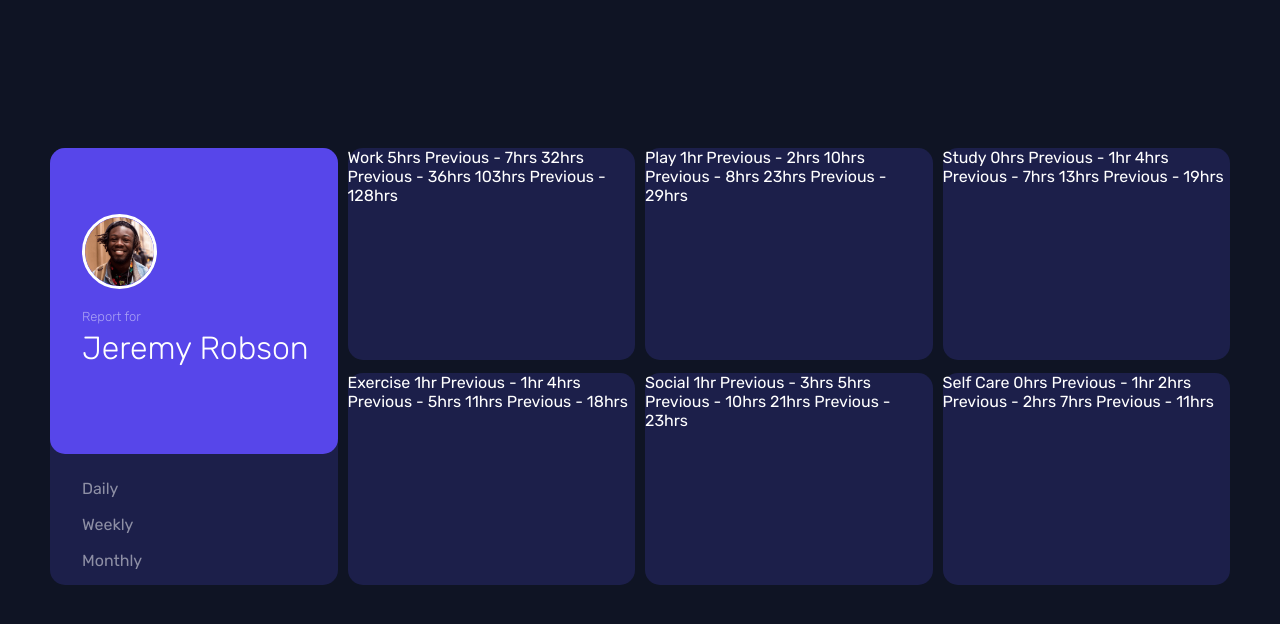
Repository: 3mr-5aled/time-tracking-dashboard-Junior
Page: index.html
An editor plug-in stored every save of this project. The page is shown before and after the next save, followed by the edit.
The browser window is 1280 px wide. The pictures show the whole page.

Above is the page before, as saved 2022-12-27 20:21:10.

### index.html
<!DOCTYPE html>
<html lang="en">
  <head>
    <meta charset="UTF-8" />
    <meta name="viewport" content="width=device-width, initial-scale=1.0" />
    <!-- displays site properly based on user's device -->

    <link
      rel="icon"
      type="image/png"
      sizes="32x32"
      href="./images/favicon-32x32.png"
    />
    <link rel="stylesheet" href="style.css" />

    <title>Frontend Mentor | Time tracking dashboard</title>

    <!-- Feel free to remove these styles or customise in your own stylesheet 👍 -->
    <style>
      .attribution {
        display: none;
        font-size: 11px;
        text-align: center;
      }
      .attribution a {
        color: hsl(228, 45%, 44%);
      }
    </style>
  </head>
  <body>
    <div class="main">
      <div class="user">
        <div class="userData">
          <img src="images/image-jeremy.png" alt="userFace" />
          <div class="userInfo">
            <p>Report for</p>
            <span>Jeremy Robson</span>
          </div>
        </div>
        <div class="filter">
          <button>Daily</button>
          <button>Weekly</button>
          <button>Monthly</button>
        </div>
      </div>
      <div class="work">
        Work 5hrs
        <!-- daily -->
        Previous - 7hrs
        <!-- daily -->
        32hrs
        <!-- weekly -->
        Previous - 36hrs
        <!-- weekly -->
        103hrs
        <!-- monthly -->
        Previous - 128hrs
        <!-- monthly -->
      </div>
      <div class="play">
        Play 1hr
        <!-- daily -->
        Previous - 2hrs
        <!-- daily -->
        10hrs
        <!-- weekly -->
        Previous - 8hrs
        <!-- weekly -->
        23hrs
        <!-- monthly -->
        Previous - 29hrs
        <!-- monthly -->
      </div>
      <div class="study">
        Study 0hrs
        <!-- daily -->
        Previous - 1hr
        <!-- daily -->
        4hrs
        <!-- weekly -->
        Previous - 7hrs
        <!-- weekly -->
        13hrs
        <!-- monthly -->
        Previous - 19hrs
        <!-- monthly -->
      </div>

      <div class="exercise">
        Exercise 1hr
        <!-- daily -->
        Previous - 1hr
        <!-- daily -->
        4hrs
        <!-- weekly -->
        Previous - 5hrs
        <!-- weekly -->
        11hrs
        <!-- monthly -->
        Previous - 18hrs
        <!-- monthly -->
      </div>

      <div class="social">
        Social 1hr
        <!-- daily -->
        Previous - 3hrs
        <!-- daily -->
        5hrs
        <!-- weekly -->
        Previous - 10hrs
        <!-- weekly -->
        21hrs
        <!-- monthly -->
        Previous - 23hrs
        <!-- monthly -->
      </div>
      <div class="selfCare">
        Self Care 0hrs
        <!-- daily -->
        Previous - 1hr
        <!-- daily -->
        2hrs
        <!-- weekly -->
        Previous - 2hrs
        <!-- weekly -->
        7hrs
        <!-- monthly -->
        Previous - 11hrs
        <!-- monthly -->
      </div>
    </div>
    <div class="attribution">
      Challenge by
      <a href="https://www.frontendmentor.io?ref=challenge" target="_blank"
        >Frontend Mentor</a
      >. Coded by <a href="#">3mr 5aled</a>.
    </div>
  </body>
</html>

### style.css
@import url("https://fonts.googleapis.com/css2?family=Rubik:wght@200;300;400;500&display=swap");

* {
  box-sizing: border-box;
  padding: 0;
  margin: 0;
  font-family: "Rubik", sans-serif;
}

:root {
  /* Primary colors */
  --blue: hsl(246, 80%, 60%);
  --light-red: hsl(15, 100%, 70%); /*(work)*/
  --soft-blue: hsl(195, 74%, 62%); /*(play)*/
  --light-red: hsl(348, 100%, 68%); /*(study)*/
  --lime-green: hsl(145, 58%, 55%); /*(exercise)*/
  --violet: hsl(264, 64%, 52%); /*(social)*/
  --soft-orange: hsl(43, 84%, 65%); /*(self care)*/

  /* Neutral colors */
  --very-dark-blue: hsl(226, 43%, 10%);
  --dark-blue: hsl(235, 46%, 20%);
  --light-purple: #5746ea;
  --desaturated-blue: hsl(235, 45%, 61%);
  --pale-blue: hsl(236, 100%, 87%);

  /* card font size */
  --fs-card: 18px;

  /* media quires */
  --mobile-view: 375px;
  --desktop-view: 1440px;
}

body {
  padding: 10px;
  background-color: var(--very-dark-blue);
  color: white;
  display: flex;
  /* align-items: center; */
  justify-content: center;
}

.main {
  display: grid;
  grid-template-columns: 1fr;
  grid-template-rows: repeat(7, 1fr);
  /* grid-row-gap: 10px; */
  grid-column-gap: 10px;
  grid-template-areas:
    "user"
    "work"
    "play"
    "study"
    "exercise"
    "social"
    "selfCare";
}
.user,
.work,
.play,
.study,
.exercise,
.social,
.selfCare {
  background: var(--dark-blue);
  border-radius: 15px;
  /* padding: 1rem; */
  margin-top: 0.8rem;
  /* margin-right: 0.8rem; */
  /* margin-left: 1rem; */
}
/* start user section */
.user {
  grid-area: user;
}
.userData {
  display: flex;
  flex-direction: row;
  align-items: center;
  justify-content: center;
  background: var(--light-purple);
  border-radius: 15px;
  padding: 15px;
}
img {
  border: 3px solid white;
  border-radius: 50%;
  height: 60px;
  width: 60px;
}
.userInfo {
  margin: 20px 0;
  margin-left: 15px;
}
.userInfo p {
  font-weight: 300;
  color: rgba(255, 255, 255, 0.5);
  padding-bottom: 5px;
  font-size: small;
}
.userInfo span {
  font-weight: 200;
  font-size: x-large;
}

.filter {
  display: flex;
  flex-direction: row;
  align-items: center;
  justify-content: space-evenly;
  margin: 1rem 0;
}

.filter button {
  background: transparent;
  border: none;
  font-size: medium;
  color: rgba(255, 255, 255, 0.5);
}
.filter button:hover {
  color: white;
}
/* end user section */

.work {
  grid-area: work;
}
.play {
  grid-area: play;
}
.study {
  grid-area: study;
}
.exercise {
  grid-area: exercise;
}
.social {
  grid-area: social;
}
.selfCare {
  grid-area: selfCare;
}

@media screen and (min-width: 375px) {
  body {
    align-items: center;
    height: 100vh;
    padding: 50px;
  }
  .main {
    grid-template-columns: repeat(4, 1fr);
    grid-template-rows: repeat(2, 1fr);
    grid-template-areas:
      "user work play study"
      "user exercise social selfCare";
    height: calc(100vh / 1.6);
  }

  img {
    width: 75px;
    height: 75px;
  }
  .userData {
    flex-direction: column;
    align-items: flex-start;
    justify-content: center;
    height: 70%;
    padding-left: 2rem;
  }
  .userInfo {
    margin-left: 0px;
  }
  .userInfo span {
    word-wrap: break-word;
    /* white-space: warp; */
    font-size: 2em;
  }
  .filter {
    margin-left: 2rem;
    height: 25%;
    /* gap: 5px; */
    align-items: flex-start;
    justify-content: space-around;
    flex-direction: column;
  }
}

After the next save:
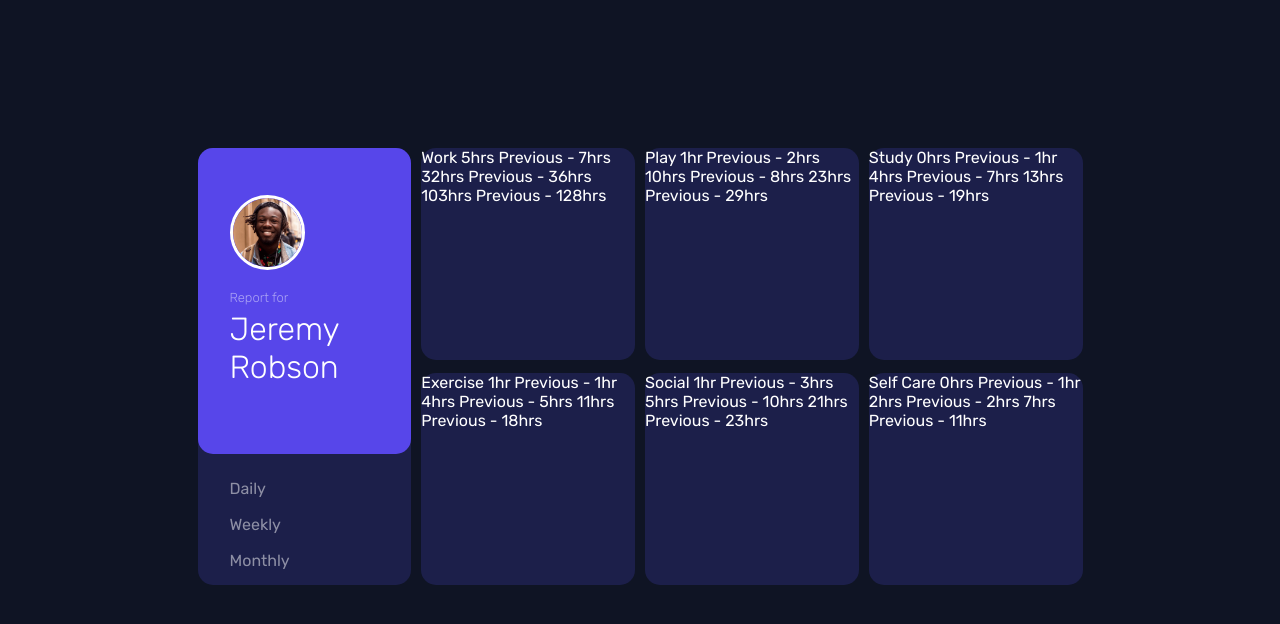
Saved 20 s later.
--- a/style.css
+++ b/style.css
@@ -155,6 +155,7 @@ img {
       "user work play study"
       "user exercise social selfCare";
     height: calc(100vh / 1.6);
+    width: 75%;
   }
 
   img {
